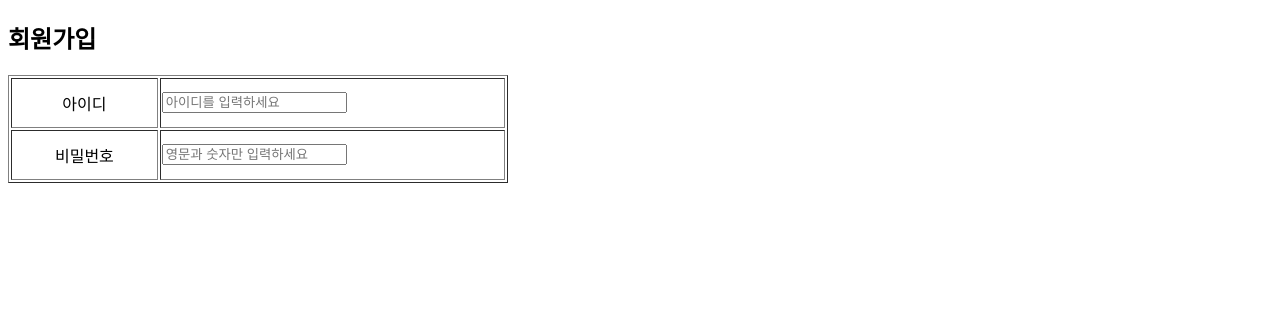
Repository: hyeongu135-ui/Jsp2026
Page: http://localhost/chapter01/Request/Requestjoin.jsp
An editor plug-in stored every save of this project. The page is shown before and after the next save, followed by the edit.
The browser window is 1280 px wide. The pictures show the whole page.
The page is served by Tomcat 9.

Above is the page before, as saved 2026-10-19 06:35:04.

### chapter01/src/main/webapp/Request/Requestjoin.jsp
<%@ page language="java" contentType="text/html; charset=UTF-8"
    pageEncoding="UTF-8" import="java.util.*"%>
<!DOCTYPE html>
<html>
<head>
<meta charset="UTF-8">
<title>Insert title here</title>
</head>
<body>
	<div class="container">
	<h2> 회원가입 </h2>

	<form action="RequestJoinProc.jsp" method="post">
		<table width="500" border="1">
			<tr height="50">
				<td align="center" width="150">아이디</td>
				<td width="350">
					<input type="text" name ="id" placeholder="아이디를 입력하세요">
				</td>
			</tr>
			<tr height="50">
				<td align="center" width="150">비밀번호</td>
				<td width="350">
					<input type="password" name ="pass" placeholder="영문과 숫자만 입력하세요">
				</td>
			</tr>

		</table>
	</form>
	</div>
</body>
</html>

After the next save:
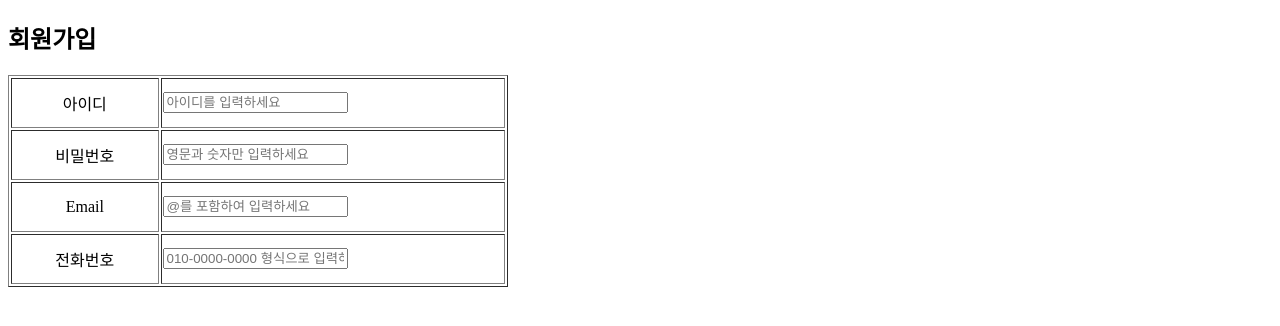
Saved 2 min 26 s later.
--- a/chapter01/src/main/webapp/Request/Requestjoin.jsp
+++ b/chapter01/src/main/webapp/Request/Requestjoin.jsp
@@ -21,10 +21,21 @@
 			<tr height="50">
 				<td align="center" width="150">비밀번호</td>
 				<td width="350">
-					<input type="password" name ="pass" placeholder="영문과 숫자만 입력하세요">
+					<input type="password" name ="passchk" placeholder="영문과 숫자만 입력하세요">
 				</td>
 			</tr>
-
+			<tr height="50">
+				<td align="center" width="150">Email</td>
+				<td width="350">
+					<input type="email" name ="email" placeholder="@를 포함하여 입력하세요">
+				</td>
+			</tr>
+			<tr height="50">
+				<td align="center" width="150">전화번호</td>
+				<td width="350">
+					<input type="tel" name ="tel" placeholder="010-0000-0000 형식으로 입력하세요">
+				</td>
+			</tr>
 		</table>
 	</form>
 	</div>
